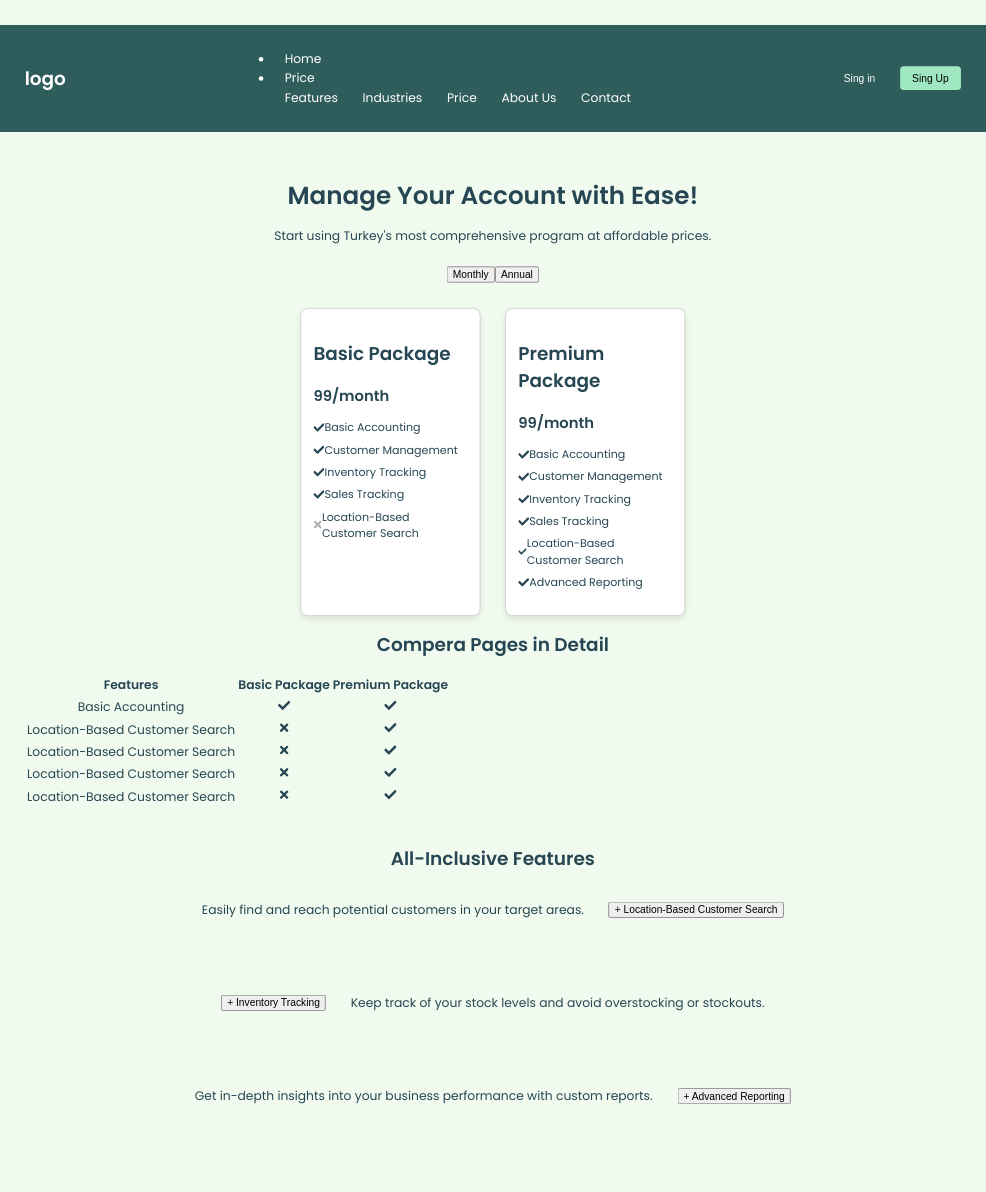
Repository: senolinanyasar/myrouteapplication
Page: /pricing
The author's editor kept a copy of each file at every save. The page is drawn from the files as they stood at one save, then again after the next save.
The browser window is 1280 px wide. The pictures show the whole page, at 77% of full size.
The project was rebuilt for these pictures with package versions that can differ from the ones it lists, and the page was loaded fresh each time. Also part of the build but not shown: vite.config.js, src/components/TopBar.css, src/components/TopBar.js, src/components/HeroSection.css, src/components/HeroSection.js, src/components/FeaturesSection.js, src/components/PricingSection.css, src/components/PricingSection.js and 7 more.

Above is the page before, as saved 2024-11-15 20:48:34.

### src/index.css
@import url('https://fonts.googleapis.com/css2?family=Poppins:wght@400;600&display=swap');

body {
  font-family: 'Poppins', sans-serif;
  color: #264653;
  background-color: #f1faee;
  margin: 0;
  padding: 0;
  box-sizing: border-box;
}

code {
  font-family: source-code-pro, Menlo, Monaco, Consolas, 'Courier New',
    monospace;
}

### src/App.js
import React from 'react';
import { BrowserRouter as Router, Route, Routes } from 'react-router-dom';
import Header from './components/Header';
import HomePage from './components/HomePage';
import PricingPage from './components/PricingPage';


function App() {
  return (
    <Router>
      <Header />
      <Routes>
        <Route path='/' element={<HomePage />} />
        <Route path='/pricing' element={<PricingPage />} />
      </Routes>
    </Router>

  );
}

export default App;

### src/components/Header.js
// Header.js
import React from 'react';
import './Header.css';
import { Link } from 'react-router-dom';

const Header = () => {
    return (
        <header className="header">
            <div className="header-logo">logo</div>
            <nav className="header-nav">
                <ul>
                    <li><Link to="/">Home</Link></li>
                    <li><Link to="/pricing">Price</Link></li>
                    <a href="#features">Features</a>
                    <a href="#industries">Industries</a>
                    <a href="./PricingPage.js">Price</a>
                    <a href="#about">About Us</a>
                    <a href='#contact'>Contact</a>
                </ul>

            </nav>
            <div className="header-buttons">
                <button className="login-button">Sing in</button>
                <button className="register-button">Sing Up</button>
            </div>
        </header>
    );
};


export default Header;

### src/components/PricingPage.js
// PricingPage.js

import React, { useState } from "react";
import './PricingPage.css';
import { FaCheck, FaTimes } from "react-icons/fa";


const PricingPage = () => {
    const [isAnnual, setIsAnnual] = useState(false);


    return (
        <section className="pricing-page">
            <div className="pricing-header">
                <h1>Manage Your Account with Ease!</h1>
                <p>Start using Turkey's most comprehensive program at affordable prices.</p>
                <div className="toggle-button">
                    <button onClick={() => setIsAnnual(false)} className={!isAnnual ? 'active' : ''}>Monthly</button>
                    <button onClick={() => setIsAnnual(true)} className={isAnnual ? 'active' : ''}>Annual</button>
                </div>
            </div>

            <div className="price-plans">
                <div className="plan basic">
                    <h3>Basic Package</h3>
                    <p className="price">{isAnnual ? ' 999/year' : '99/month'}</p>
                    <ul>
                        <li><FaCheck /> Basic Accounting</li>
                        <li><FaCheck /> Customer Management</li>
                        <li><FaCheck /> Inventory Tracking</li>
                        <li><FaCheck /> Sales Tracking</li>
                        <li><FaTimes className="not-included" />Location-Based Customer Search</li>
                    </ul>
                </div>
                <div className="plan basic">
                    <h3>Premium Package</h3>
                    <p className="price">{isAnnual ? '2,799/year' : '99/month'}</p>
                    <ul>
                        <li><FaCheck /> Basic Accounting</li>
                        <li><FaCheck /> Customer Management</li>
                        <li><FaCheck /> Inventory Tracking</li>
                        <li><FaCheck /> Sales Tracking</li>
                        <li><FaCheck /> Location-Based Customer Search</li>
                        <li><FaCheck /> Advanced Reporting</li>
                    </ul>
                </div>
            </div>

            <div className="comparison-table">
                <h2>Compera Pages in Detail</h2>
                <table>
                    <thead>
                        <tr>
                            <th>Features</th>
                            <th>Basic Package</th>
                            <th>Premium Package</th>
                        </tr>
                    </thead>
                    <tbody>
                        <tr>
                            <td>Basic Accounting</td>
                            <td><FaCheck /></td>
                            <td><FaCheck /></td>
                        </tr>
                        <tr>
                            <td>Location-Based Customer Search</td>
                            <td><FaTimes className="not-included"/></td>
                            <td><FaCheck /></td>
                        </tr>
                        <tr>
                            <td>Location-Based Customer Search</td>
                            <td><FaTimes className="not-included"/></td>
                            <td><FaCheck /></td>
                        </tr>
                        <tr>
                            <td>Location-Based Customer Search</td>
                            <td><FaTimes className="not-included"/></td>
                            <td><FaCheck /></td>
                        </tr>
                        <tr>
                            <td>Location-Based Customer Search</td>
                            <td><FaTimes className="not-included"/></td>
                            <td><FaCheck /></td>
                        </tr>
                    </tbody>
                </table>
            </div>

            <div className="features-expand">
                <h2> All-Inclusive Features</h2>
                <div className="feature">
                    <button className="feature-toggle">+ Location-Based Customer Search</button>
                    <p className="feature-description">Easily find and reach potential customers in your target areas.</p>
                </div>
                <div className="feature">
                    <button className="feature-toggle">+  Inventory Tracking</button>
                    <p className="feature-description">Keep track of your stock levels and avoid overstocking or stockouts.</p>
                </div>
                <div className="feature">
                    <button className="feature-toggle">+ Advanced Reporting</button>
                    <p className="feature-description">Get in-depth insights into your business performance with custom reports.</p>
                </div>
            </div>
        </section>
    );

};

export default PricingPage;

### src/components/Header.css
/* Header.css */
.header{
    display: flex;
    justify-content: space-between;
    align-items: center;
    padding: 1rem 2rem;
    background-color: #2f5d5b;
    color: white;
    margin-top: 2rem;
    position: sticky;
    top: 2rem;
    z-index: 999;
}


.header-logo {
    font-size: 1.5rem;
    font-weight: bold;
}
.header-nav a{
    margin: 0 1rem;
    color: white;
    text-decoration: none;
}
.header-nav a:hover {
    color: #e9c46a;
  }

.header-buttons button{
    margin-left: 1rem;
    padding: 0.5rem 1rem;
    border: none;
    border-radius: 5px;
}

.login-button{
    background-color: #2f5d5b;
    color: white;
}

.register-button{
    background-color: #9fe7c0;
    color: black;
}

### src/components/PricingPage.css
/* PricingPage.css */

.pricing-page{
    padding: 2rem;
    text-align: center;
}

.pricing-header h1{
    font-size: 2rem;
    margin-bottom: 0.5rem;
}

.pricing-header p{
    margin-bottom: 1.5rem;
}

.toggle-buttons button{
    padding: 0.5rem 1rem;
    margin: 0 0.5rem;
    cursor: pointer;
    border: none;
    border-radius: 5px;
    background-color: #e0f7e7;
    transition: background-color 0.3s;
}
.toggle-buttons .active{
    background-color: #2a9d8f;
    color: white;
}

.price-plans{
    display: flex;
    justify-content: center;
    gap: 2rem;
    margin-top: 2rem;
}

.plan {
    border: 1px solid #ccc;
    border-radius: 10px;
    padding: 1rem;
    width: 200px;
    text-align: left;
    background-color: #ffffff;
    box-shadow: 0px 4px 8px rgba(0, 0, 0, 0.1);
}

.plan h3{
    font-size: 1.5rem;
}

.plan .price{
    font-size: 1.2rem;
    font-weight: bold;
    margin: 1rem 0;
}

.plan ul{
    list-style: none;
    padding: 0;
}

.plan li{
    display: flex;
    align-items: center;
    font-size: 0.9rem;
    margin: 0.5rem 0;
}

.plan .not-included{
    color: #b0b0b0;
}

.comprasion-table{
    margin-top: 3rem;
}

.comprasion-table table{
    width: 100%;
    border-collapse: collapse;
}

.comprasion-table th,
.comprasion-table td{
    padding: 1rem;
    border: 1px solid #ccc
}

.comprasion-table th{
    background-color: #f2f2f2;
}

.comprasion-table td{
    text-align: center;
}

.features-expand{
    margin-top: 3rem;
}

.feture{
    margin-top: 1rem;
}

.feture{
    margin-top: 1rem;
}

.feture-toggle{
    background: none;
    border: none;
    font-size: 1rem;
    font-weight: bold;
    color: #2a9d8f;
    cursor: pointer;
    display: block;
    text-align: left;
    padding: 0.5rem;
}

.feture-description{
    display: none;
    color: #6d6d6d;
    font-size: 0.9rem;
    margin-top: 0.5rem;
}

.feture-toggle:focus + .feture-description,
.feture-toggle:hover + .feture-description{
    display: block;
}

### src/components/FeaturesSection.css
/* FeaturesSection.css */
.features-section {
    padding: 4rem 2rem;
    text-align: center;
}

.features-title {
    font-size: 2rem;
    font-weight: 600;
    color: #264653;
    margin-bottom: 3rem;
    line-height: 1.2;
}



.feature {
    display: flex;
    align-items: center;
    justify-content: center;
    gap: 2rem;
    margin-bottom: 4rem;
    flex-direction: row;
}

.feature:nth-child(even) {
    flex-direction: row-reverse;
}

.feature-text {
    flex: 1;
    max-width: 500px;
    text-align: left;
}

.features h3 {
    font-size: 1.8rem;
    font-weight: 600;
    color: #264653;
    margin-bottom: 1rem;
}

.feature-text p {
    font-size: 1.1rem;
    color: #6d6d6d;
    margin-bottom: 1.5rem;
}

.cta-button {
    padding: 0.8rem 1.5rem;
    font-size: 1rem;
    color: #2f5d5b;
    background-color: #9fe7c0;
    border: none;
    border-radius: 5px;
    cursor: pointer;
    transition: background-color 0.3s ease;
    text-align: center;
}

.cta-button:hover {
    background-color: #c3f2d0;
}

.feature-image {
    flex: 1;
    max-width: 400px;
    height: auto;
}

.feature-image img {
    width: 100%;
    height: auto;
    object-fit: cover;
    border-radius: 10px;
}

Loaded but not shown: public/index.html (common file); src/index.js (common file); src/reportWebVitals.js (common file)

After the next save:
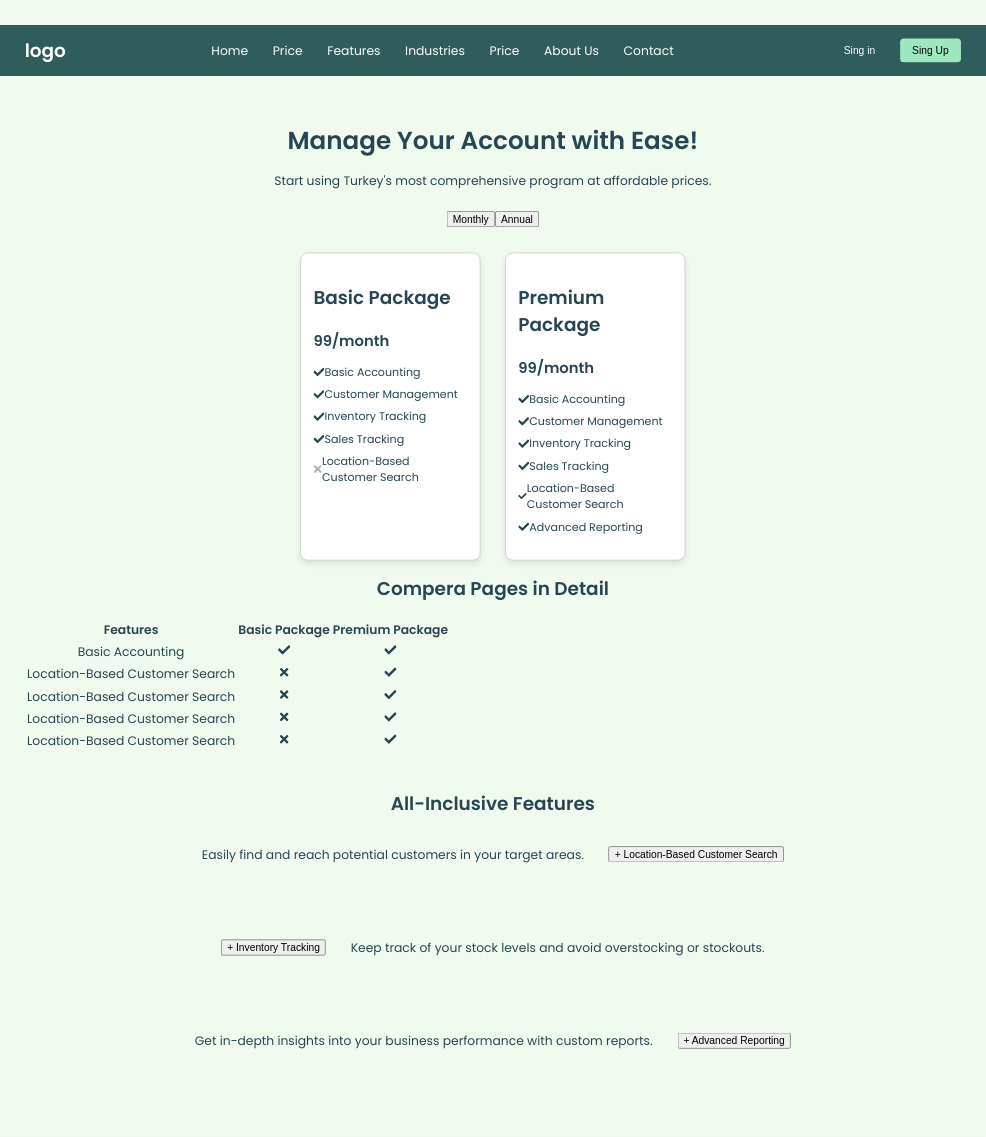
Saved 4 min 14 s later.
--- a/src/components/Header.js
+++ b/src/components/Header.js
@@ -8,15 +8,15 @@ const Header = () => {
         <header className="header">
             <div className="header-logo">logo</div>
             <nav className="header-nav">
-                <ul>
-                    <li><Link to="/">Home</Link></li>
-                    <li><Link to="/pricing">Price</Link></li>
+
+                    <Link to="/">Home</Link>
+                    <Link to="/pricing">Price</Link>
                     <a href="#features">Features</a>
                     <a href="#industries">Industries</a>
                     <a href="./PricingPage.js">Price</a>
                     <a href="#about">About Us</a>
                     <a href='#contact'>Contact</a>
-                </ul>
+
 
             </nav>
             <div className="header-buttons">
